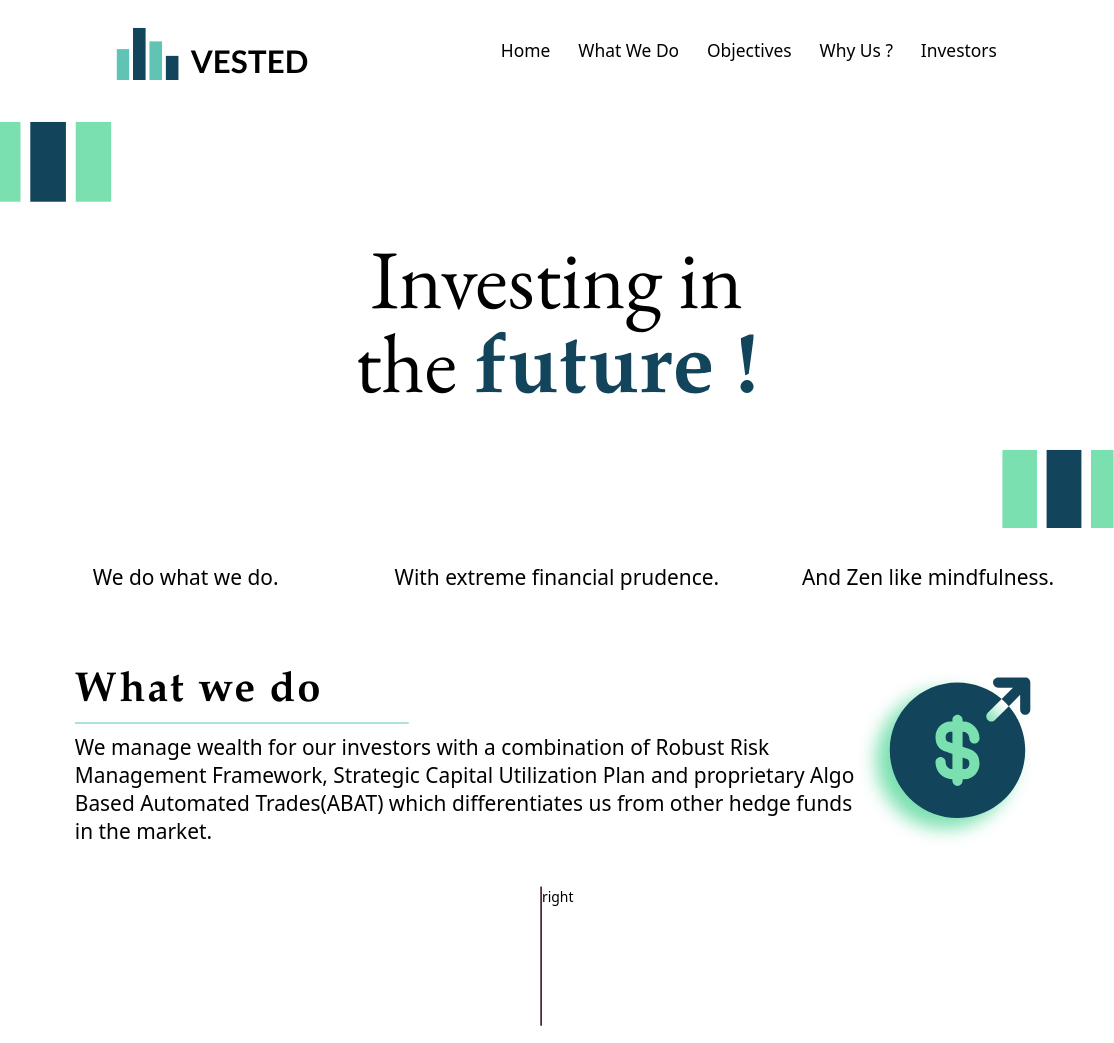
Repository: husainmamuwala/TippingPointsFinancial
Page: /
These files come from the project's save history. The page is drawn as it stood at one moment and after the next save; the edit follows.
The browser window is 1280 px wide. The pictures show the whole page, at 87% of full size.
The project was rebuilt for these pictures with package versions that can differ from the ones it lists, and the page was loaded fresh each time. The framework's server and built-in components were replaced by stand-ins that run in the browser. Also part of the build but not shown: next.config.js.

Above is the page before, as saved 2022-10-15 18:41:07.

After the next save:
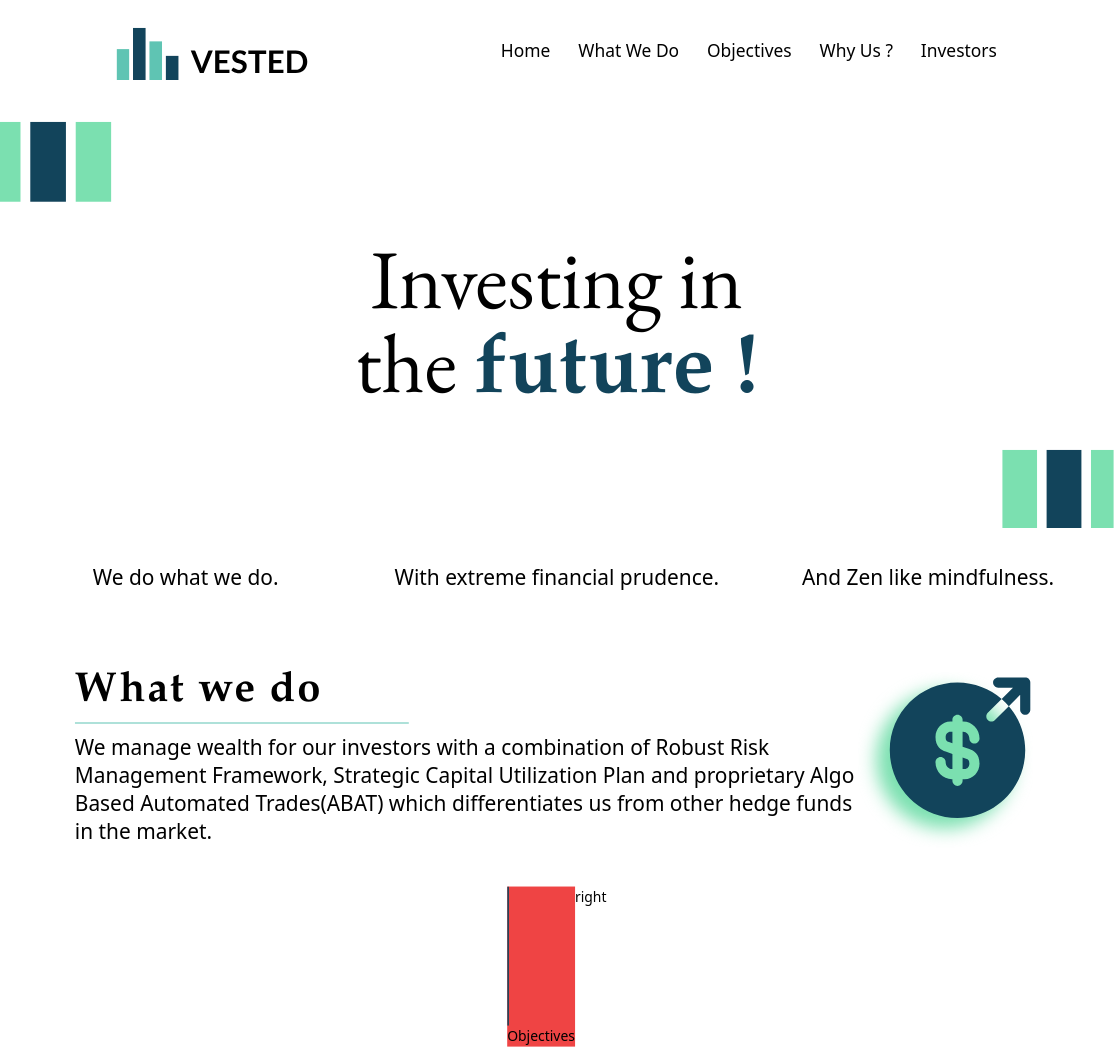
Saved 4 s later.
--- a/components/Objectives.jsx
+++ b/components/Objectives.jsx
@@ -11,7 +11,7 @@
                   </svg>
               </div>
               <div>
-                <h1></h1>
+                <h1>Objectives</h1>
               </div>
           </div>
 
